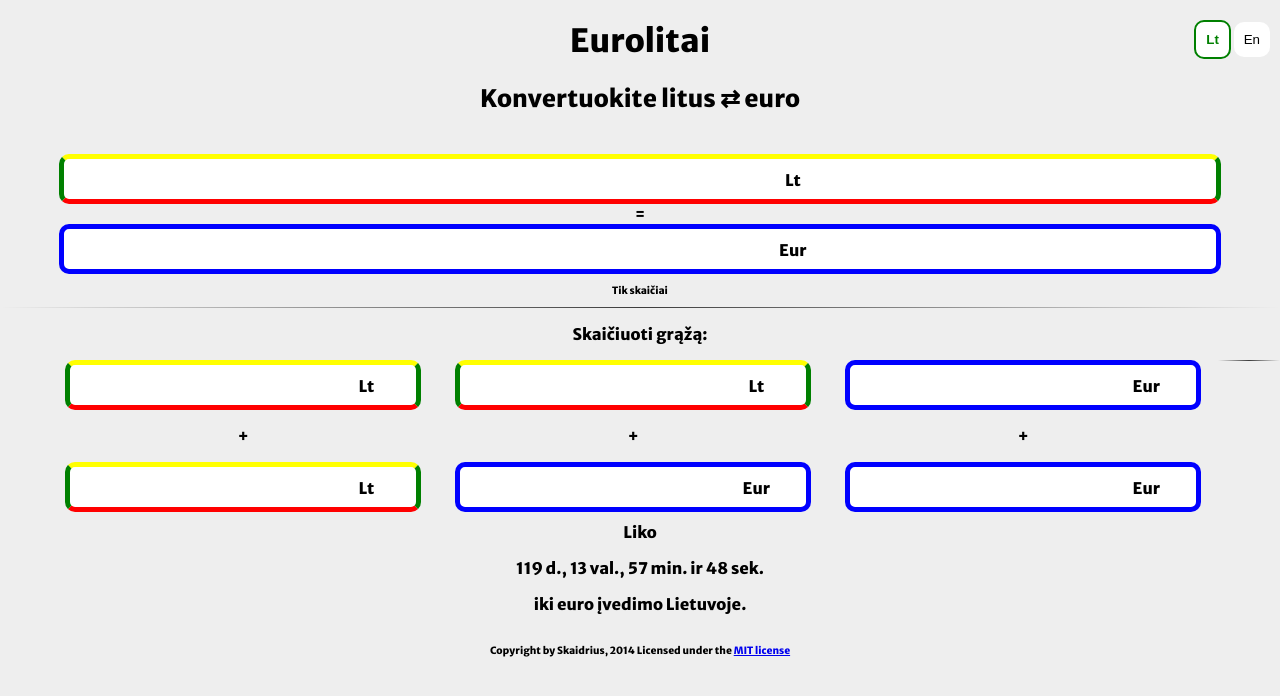
Repository: Skaidrius/eurolitai
Page: index.html
The author's editor kept a record of every edit. The page is drawn from the files as they stood at one moment, then again after the next edit.
The browser window is 1280 px wide. The pictures show the whole page.
Some web libraries are served in a nearby version.

Above is the page before.

### index.html
<!DOCTYPE html>
<html>
  <head>
    <meta charset="utf-8">
    <meta http-equiv="X-UA-Compatible" content="IE=edge,chrome=1">
    <title>Eurolitai</title>
    <meta name="title" content="Eurolitai">
    <meta name="description" content="litų į/iš euro konverteris convert LTL to/from EUR">
    <meta name="viewport" content="width=device-width" scallable="1">
    <link rel="stylesheet" type="text/css" href="style/style.css">

  </head>
  <body class="body">
    <!--calculate LTL <> Eur-->
    <div>
      <h1 class="center">Eurolitai</h1>
        <div class = "languages ">
          <button id="lithuanian" class="button round">Lt</button>
          <button id="english" class="button round">En</button>
        </div>
      <h2 class="center"><span class="lithuanian">Konvertuokite litus &#8644; euro<br> </span><span class="english">Easy convert LTL &#8644; EUR</span></h2><br>
    </div>
    <form class="form center">
      <!--LT box-->
      <div class="box lt round">
        <input class="input center" type="number" id="lt" name="lt">
        <label class="money" for="lt">Lt</label>
      </div>

      <div>&#61;<div>
      <!--En box-->
      <div class="box eur round">
        <input class="input center" type="number" id="eur" name="eur">
        <label class="money" for="eur">Eur</label>
      </div>

      <div id="error" class="alert">
        <p><span class="lithuanian">Tik skaičiai </span><span class="english"> Only numbers</span></p>
      </div>
    </form>
    <hr>
    <!--calculate change-->
    <div class="change">
      <div>
        <p><span class="lithuanian">Skaičiuoti grąžą: </span><span class="english"> Calculate change:</span></p>
        <div id="changeCalculator">
          <div class="third">
            <div class="box lt round">
              <input class="input center" type="number" id="changeLtLt1" name="lt">
              <label class="money" for="lt">Lt</label>
            </div>
            <p>+</p>
            <div class="box lt round">
              <input class="input center" type="number" id="changeLtLt2" name="lt">
              <label class="money" for="lt">Lt</label>
            </div>
          </div>
          <div class="third">
            <div class="box lt round">
              <input class="input center" type="number" id="changeLt" name="lt">
              <label class="money" for="lt">Lt</label>
            </div>
            <p>+</p>
            <div class="box eur round">
              <input class="input center" type="number" id="changeEur" name="eur">
              <label class="money" for="eur">Eur</label>
            </div>
          </div>
          <div class="third">
            <div class="box eur round">
              <input class="input center" type="number" id="changeEurEur1" name="eur">
              <label class="money" for="eur">Eur</label>
            </div>
            <p>+</p>
            <div class="box eur round">
              <input class="input center" type="number" id="changeEurEur2" name="eur">
              <label class="money" for="eur">Eur</label>
            </div>
          </div>
        </div>
      </div>
    </div>
      <!--explain change-->
    <div>
      <div id="explain"></div>
    </div>
    <hr>

    <!--countdown 'till 2015-01-01-->
    <div class = "center">
      <p><span class="english center">Until Euro in Lithuania </span>
      <span class="lithuanian center">Liko </span></p>
    </div>
		<!--<div id="countdown"></div>-->

		<p id="note"></p>

      <div class="left">
        <span class="lithuanian center">iki euro įvedimo Lietuvoje.</span>
        <span class="english center">left.</span>
      </div>
    <script type="text/javascript" src="https://code.jquery.com/jquery-1.11.1.min.js"></script>
    <script type="text/javascript" src="script/main.js"></script>
    <script type="text/javascript" src="script/script.js"></script>
    <script type="text/javascript" src="script/countdown.js"></script>
  </body>
  <footer class="down center">Copyright by Skaidrius, 2014 Licensed under the <a href="http://opensource.org/licenses/MIT">MIT license</a></footer>
</html>

### style/style.css
@import url(http://fonts.googleapis.com/css?family=Merriweather+Sans:400,800&subset=latin,latin-ext);

/*body*/
.body {
  width:100%;
  margin: 0 auto;
  font: bold 16px 'Merriweather Sans', sans-serif;
  background: #eee;
  overflow-x: none;
}

#countDownBlock {
  padding: 10px;
}

.button {   padding: 10px;
  background: white;
  border: 3px #000;
}

.center {
  text-align: center;
  clear: both;
}

.box {
  text-align: center;
  background: white;
  margin: 0 auto;
  position: relative;
  max-width: 90%;
}

.input {
  display: inline-block;
  max-width: 65%;
  padding: 8px 12px;
  margin: 0;
  font-size: 1.3em;
  font-weight: bold;
  border: 0;
  position: relative;
  outline: 0;
  color: #53f;
}

.round {   border-radius: 10px; }

.active {
  border: 2px solid green;
  background: white;
  color: green;
  font-weight: bold;
}

.lt {
  border-top: 5px solid yellow;
  border-left: 5px solid green;
  border-right: 5px solid green;
  border-bottom: 5px solid red;
}

.eur {
  border: 5px solid blue;
  margin-bottom: 10px;
}

.money {
  padding-right: 5px;
}

.input::-webkit-outer-spin-button,
.input::-webkit-inner-spin-button {
    /* display: none; <- Crashes Chrome on hover */
    -webkit-appearance: none;
    margin: 0; /* <-- Apparently some margin are still there even though it's hidden */
}

.error {
  display: inline-block;
  font-size: 1em;
  font-weight: bold;
  padding: 10px;
  margin: 0 auto;
  margin-bottom: 1em;
  color: white;
  background-color: red;
}

.visible {  visibility: visible; }

.hidden { display: none; }

.languages {
  position: absolute;
  right: 10px;
  top: 20px;
}

.alert {   font-size: 10px; }

#countdown {
  margin: 10px auto;
}

.countdownHolder{
  padding-top: 10px;
	margin:0 auto;
	font: 24px/1.5 'Open Sans Condensed',sans-serif;
	text-align:center;
	letter-spacing:-3px;
}

.position{
	display: inline-block;
	height: 1.6em;
	overflow: hidden;
	position: relative;
	width: 1.05em;
}

.digit{
	position:absolute;
	display:block;
	width:1em;
	background-color:#eee;
	border-radius:0.2em;
	text-align:center;
	color:#444;
	letter-spacing:-1px;
}

.digit.static{
	box-shadow:1px 1px 1px rgba(4, 4, 4, 0.35);

	background-image: linear-gradient(bottom, #3A3A3A 50%, #444444 50%);
	background-image: -o-linear-gradient(bottom, #3A3A3A 50%, #444444 50%);
	background-image: -moz-linear-gradient(bottom, #3A3A3A 50%, #444444 50%);
	background-image: -webkit-linear-gradient(bottom, #3A3A3A 50%, #444444 50%);
	background-image: -ms-linear-gradient(bottom, #3A3A3A 50%, #444444 50%);

	background-image: -webkit-gradient(
		linear,
		left bottom,
		left top,
		color-stop(0.8, #eee),
		color-stop(0.5, #fff)
	);
}

/**
 * You can use these classes to hide parts
 * of the countdown that you don't need.
 */

.countDiv{
	display:inline-block;
	width:16px;
	height:1.6em;
	position:relative;
}

.countDiv:before,
.countDiv:after{
	position:absolute;
	width:5px;
	height:5px;
	background-color:#444;
	border-radius:50%;
	left:50%;
	margin-left:-3px;
	top:0.5em;
	box-shadow:1px 1px 1px rgba(4, 4, 4, 0.5);
	content:'';
}

.countDiv:after{
	top:0.9em;
}

.popular {
  display: inline-block;
}

.popular ul {
  margin-top: 0;
  padding: 0 10px;
  float: left;
  font-size: 0.7em;
  font: sans-serif;
}
.popular ul li{
  list-style: none;
}

hr {
    /* http://css-tricks.com/examples/hrs/ */
    border: 0;
    height: 1px;
    background-image: -webkit-linear-gradient(left, rgba(0,0,0,0), rgba(0,0,0,0.75), rgba(0,0,0,0));
    background-image:    -moz-linear-gradient(left, rgba(0,0,0,0), rgba(0,0,0,0.75), rgba(0,0,0,0));
    background-image:     -ms-linear-gradient(left, rgba(0,0,0,0), rgba(0,0,0,0.75), rgba(0,0,0,0));
    background-image:      -o-linear-gradient(left, rgba(0,0,0,0), rgba(0,0,0,0.75), rgba(0,0,0,0));
}
#showChange {
  margin-bottom: 10px;
}


.down {
  font-size: 10px;
  padding: 30px 0 10px 0;
}

.third:first-child{
  padding-left: 4%;
}
.changeCalculator:after{
  content: '';
  display:table;
  clear: both;
}
.changeCalculator {
  width: 100%;
}
.third {
  width: 30%;
  padding: 0 3px;
  float: left;
}
.explain:before {
  clear: both;
}

### script/main.js
(function($) {

  var ltInp = $('#lt'),
      eurInp = $('#eur'),
      changeLtLt1Inp = $('#changeLtLt1'),
      changeLtLt2Inp = $('#changeLtLt2'),
      changeLtInp = $('#changeLt'),
      changeEurInp = $('#changeEur'),
      changeEurEur1Inp = $('#changeEurEur1'),
      changeEurEur2Inp = $('#changeEurEur2'),
      lithuanianInp = $("#lithuanian"),
      englishInp = $("#english"),
      error = $('#error');

  // initialisation
  $(".english").addClass("hidden");
  lithuanianInp.addClass("active");

  //change language
  lithuanianInp.click(function(){
    $(this).addClass("active");
    englishInp.removeClass("active");
    $(".english").hide();
    $(".lithuanian").show();
  });
  englishInp.click(function(){
    $(this).addClass("active");
    lithuanianInp.removeClass("active");
    $(".lithuanian").hide();
    $(".english").show();
  });

  var show = function(){
    $(this).removeClass("hidden").addClass("visible");
  };

  var hide = function(){
    $(this).removeClass("visible").addClass("hidden");
  };

  // convert currency functions
  var toEur = function(lt){
    var eur;
    eur = (lt / 3.4528).toFixed(2);
    return eur;
  };

  var toLt = function(eur){
    var lt;
    lt = (eur * 3.4528).toFixed(2);
    return lt;
  };

  //convert currencies
  ltInp.keyup(function () {
    var lt = $(this).val(),
        eur = toEur(lt);
    if ($.isNumeric(lt)) {
      hideError();
      eurInp.val(eur).toString().replace(".", ",");
      showNumbers();
    } else {
      showError();
    }
  });

  eurInp.keyup(function () {
    var eur = $(this).val(),
        lt = toLt(eur);
    if ($.isNumeric(eur)) {
      hideError();
      ltInp.val(lt).toString().replace(".", ",");
      showNumbers();
    } else {
      showError();
    }
  });

  var hideError = function(){
    error.addClass("hidden");
    clear();
  };
  var showError = function() {
    error.removeClass("hidden").addClass("error");
  };

  //clearing functions
  var clear = function(){
    changeLtLt1Inp.val('');
    changeLtLt2Inp.val('');
    changeLtInp.val('');
    changeEurInp.val('');
    changeEurEur1Inp.val('');
    changeEurEur2Inp.val('');
  };
  var clear1 = function(){
    changeLtInp.val('');
    changeEurInp.val('');
    changeEurEur1Inp.val('');
    changeEurEur2Inp.val('');
  };
  var clear2 = function(){
    changeLtLt1Inp.val('');
    changeLtLt2Inp.val('');
    changeEurEur1Inp.val('');
    changeEurEur2Inp.val('');
  };
  var clear3 = function(){
    changeLtLt1Inp.val('');
    changeLtLt2Inp.val('');
    changeLtInp.val('');
    changeEurInp.val('');
  };

  // currency change calculator
  // first conversion LTL(EUR)=LTL+LTL
  changeLtLt1Inp.keyup(function () {
    clear1();
    var change,
        lt = $(this).val();
    change =  (ltInp.val() - lt).toFixed(2);
    changeLtLt2Inp.val(change).toString().replace(".", ",");
    showNumbers();
  });

  changeLtLt2Inp.keyup(function () {
    clear1();
    var change,
        lt = $(this).val();
    change = (ltInp.val() - lt).toFixed(2);
    changeLtLt1Inp.val(change).toString().replace(".", ",");
    showNumbers();
  });

  // second conversion LTL(EUR)=LTL+EUR
  changeLtInp.keyup(function () {
    clear2();
    var change,
        lt = $(this).val();
    change =  toEur(ltInp.val() - lt);
    changeEurInp.val(change).toString().replace(".", ",");
    showNumbers();
  });

  changeEurInp.keyup(function () {
    clear2();
    var change,
        eur = $(this).val();
    change = toLt(eurInp.val() - eur);
    changeLtInp.val(change).toString().replace(".", ",");
    showNumbers();
  });

  // third conversion LTL(EUR)=EUR+EUR
  changeEurEur1Inp.keyup(function () {
    clear3();
    var change,
        eur = $(this).val();
    change = (eurInp.val() - eur).toFixed(2);
    changeEurEur2Inp.val(change).toString().replace(".", ",");
    showNumbers();
  });

  changeEurEur2Inp.keyup(function () {
    clear3();
    var change,
        eur = $(this).val();
    change = (eurInp.val() - eur).toFixed(2);
    changeEurEur1Inp.val(change).toString().replace(".", ",");
    showNumbers();
  });

  // show calculation
  var showNumbers = function(){
    var explain = $('#explain'),
        lts = ltInp.val().toString().replace(".", ","),
        eurs = eurInp.val().toString().replace(".", ","),
        changeLtLt1 = changeLtLt1Inp.val().toString().replace(".", ","),
        changeLtLt2 = changeLtLt2Inp.val().toString().replace(".", ","),
        changeEurs = changeEurInp.val().toString().replace(".", ","),
        changeLts = changeLtInp.val().toString().replace(".", ","),
        changeEurEur1 = changeEurEur1Inp.val().toString().replace(".", ","),
        changeEurEur2 = changeEurEur2Inp.val().toString().replace(".", ","),
        calculationText;
    if (changeLtLt1 !=="" && changeLtLt2 !=="") {
      calculationText = "<p>" + lts +" Lt (" + eurs + " Eur) = " + changeLtLt1 +" Lt + " + changeLtLt2 + " Lt" + "</p>";
    } else if (changeEurs !=="" && changeLts !=="") {
      calculationText = "<p>" + lts +" Lt (" + eurs + " Eur) = " + changeLts +" Lt + " + changeEurs + " Eur" + "</p>";
    } else if (changeEurEur1 !=="" && changeEurEur2!=="" ) {
      calculationText = "<p>" + lts +" Lt (" + eurs + " Eur) = " + changeEurEur1 +" Eur + " + changeEurEur2 + " Eur" + "</p>";
    } else {
      calculationText = "<p>" + lts +" Lt (" + eurs + " Eur) " + "</p>";
    }
    explain.html(calculationText);
  };

}) (jQuery);

### script/script.js
/**
 * @name		jQuery Countdown Plugin
 * @author		Martin Angelov
 * @version 	1.0
 * @url			http://tutorialzine.com/2011/12/countdown-jquery/
 * @license		MIT License
 */

$(function(){

	var note = $('#note'),
		ts = new Date(2015, 0, 1);


	if((new Date()) > ts){
		// Notice the *1000 at the end - time must be in milliseconds
		ts = (new Date()).getTime();
	}

	$('#countdown').countdown({
		timestamp	: ts,
		callback	: function(days, hours, minutes, seconds){

			var message = "";
				if ($('#english').hasClass("active")){
				message += days + " day" + ( days==1 ? '':'s' );
				message += hours + " hour" + ( hours==1 ? '':'s' );
				message += minutes + " minute" + ( minutes==1 ? '':'s' ) + " and ";
				message += seconds + " second" + ( seconds==1 ? '':'s' ) ;
				} else {
				message += days + " d." + ", ";
				message += hours + " val." + ", ";
				message += minutes + " min." + " ir ";
				message += seconds + " sek.";
				}

			note.html(message);
		}
	});

});

### script/countdown.js
/**
 * @name		jQuery Countdown Plugin
 * @author		Martin Angelov
 * @version 	1.0
 * @url			http://tutorialzine.com/2011/12/countdown-jquery/
 * @license		MIT License
 */

(function($){
	// Number of seconds in every time division
	var days	= 24*60*60,
		hours	= 60*60,
		minutes	= 60;

	// Creating the plugin
	$.fn.countdown = function(prop){
		var options = $.extend({
			callback	: function(){},
			timestamp	: 0
		},prop);

		var left, d, h, m, s, positions;

		// Initialize the plugin
		init(this, options);

		positions = this.find('.position');

		(function tick(){

			// Time left
			left = Math.floor((options.timestamp - (new Date())) / 1000);

			if(left < 0){
				left = 0;
			}

			// Number of days left
			d = Math.floor(left / days);

			updateDuoDays(0, 1, d);
			left -= d*days;

			// Number of hours left
			h = Math.floor(left / hours);
			updateDuo(2, 3, h);
			left -= h*hours;

			// Number of minutes left
			m = Math.floor(left / minutes);
			updateDuo(4, 5, m);
			left -= m*minutes;

			// Number of seconds left
			s = left;
			updateDuo(6, 7, s);

			// Calling an optional user supplied callback
			options.callback(d, h, m, s);

			// Scheduling another call of this function in 1s
			setTimeout(tick, 1000);
		})();

		// This function updates two digit positions at once
		function updateDuo(minor,major,value){
			switchDigit(positions.eq(minor),Math.floor(value/10)%10);
			switchDigit(positions.eq(major),value%10);
		}
		function updateDuoDays(minor, major,value){
			switchDigit(positions.eq(minor),Math.floor(value/10)%10);
			switchDigit(positions.eq(major),value%10);
		}


		return this;
	};


	function init(elem, options){
		elem.addClass('countdownHolder');

		// Creating the markup inside the container
		$.each(['Hours','Days','Minutes','Seconds'],function(i){
			$('<span class="count'+this+'">').html(
				'<span class="position">\
					<span class="digit static">0</span>\
				</span>\
				<span class="position">\
					<span class="digit static">0</span>\
				</span>'
			).appendTo(elem);

			if(this!="Seconds"){
				elem.append('<span class="countDiv countDiv'+i+'"></span>');
			}
		});

	}

	// Creates an animated transition between the two numbers
	function switchDigit(position,number){

		var digit = position.find('.digit')

		if(digit.is(':animated')){
			return false;
		}

		if(position.data('digit') == number){
			// We are already showing this number
			return false;
		}

		position.data('digit', number);

		var replacement = $('<span>',{
			'class':'digit',
			css:{
				top:'-2.1em',
				opacity:0
			},
			html:number
		});

		// The .static class is added when the animation
		// completes. This makes it run smoother.

		digit
			.before(replacement)
			.removeClass('static')
			.animate({top:'2.5em',opacity:0},'fast',function(){
				digit.remove();
			})

		replacement
			.delay(100)
			.animate({top:0,opacity:1},'fast',function(){
				replacement.addClass('static');
			});
	}
})(jQuery);

After the next edit:
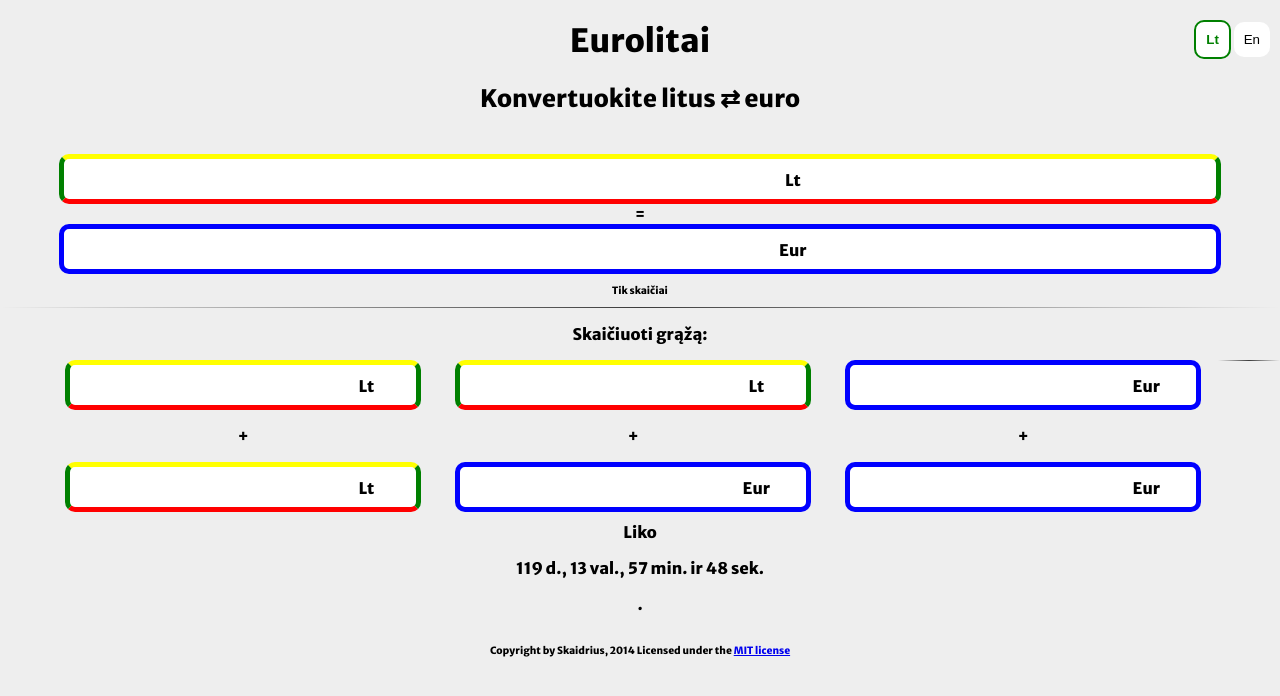
The edit:
--- a/index.html
+++ b/index.html
@@ -96,7 +96,7 @@
 		<p id="note"></p>
 
       <div class="left">
-        <span class="lithuanian center">iki euro įvedimo Lietuvoje.</span>
+        <span class="lithuanian center">.</span>
         <span class="english center">left.</span>
       </div>
     <script type="text/javascript" src="https://code.jquery.com/jquery-1.11.1.min.js"></script>
